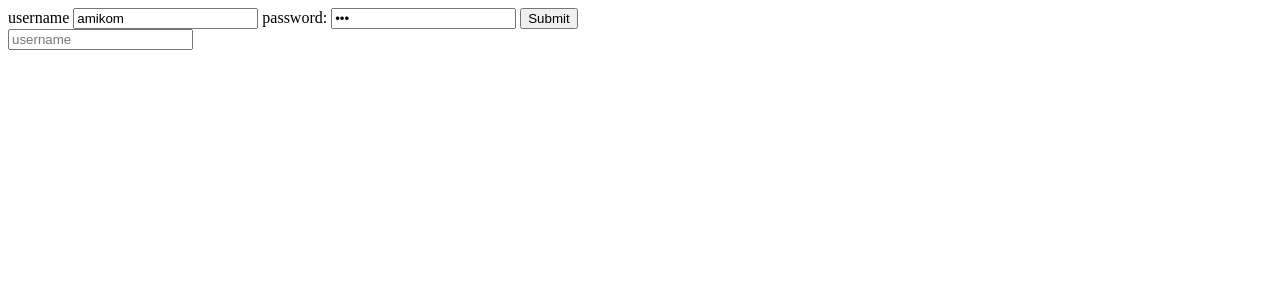
Repository: keyx-alt/pemrograman_web
Page: form.html
An editor plug-in stored every save of this project. The page is shown before and after the next save, followed by the edit.
The browser window is 1280 px wide. The pictures show the whole page.

Above is the page before, as saved 2026-04-16 14:14:43.

After the next save:
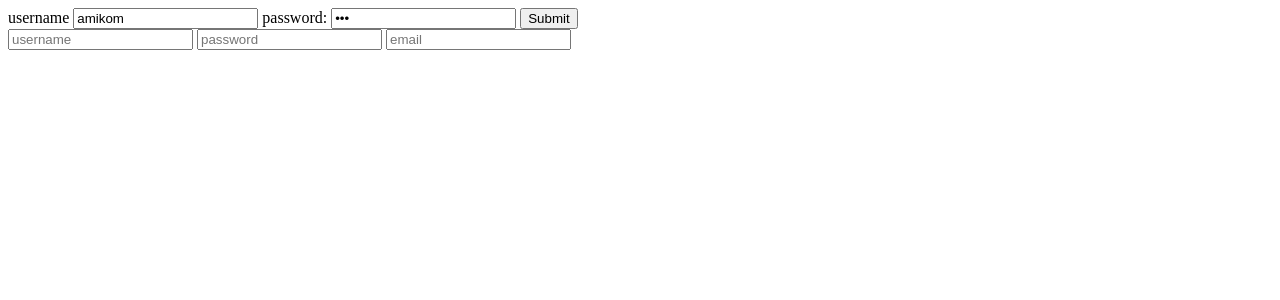
Saved 53 s later.
--- a/form.html
+++ b/form.html
@@ -16,6 +16,8 @@
 
     <form>
         <input type="text" placeholder="username">
+        <input type="password" placeholder="password">
+        <input type="email" placeholder="email">
     </form>
 </body>
 </html>
